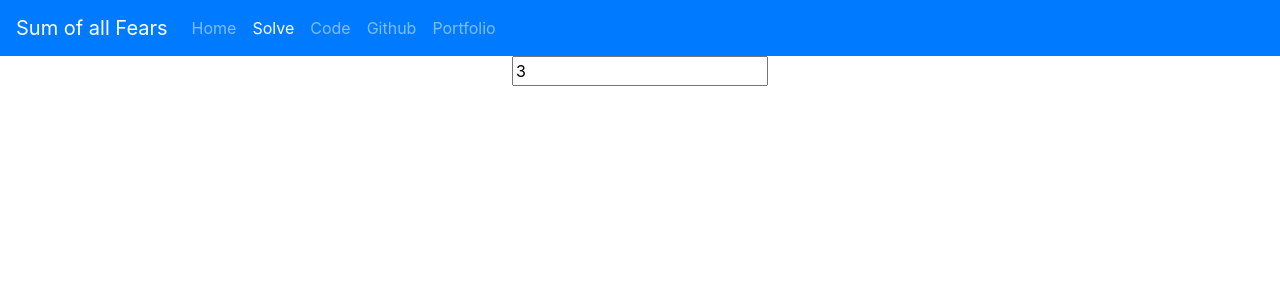
Repository: zhadjah9559/BrainBufferOverflow
Page: solve.html
These files come from the project's save history. The page is drawn as it stood at one moment and after a run of saves; the edit follows.
The browser window is 1280 px wide. The pictures show the whole page.

Above is the page before, as saved 2021-01-13 14:52:54.

### solve.html
<!doctype html>
<html lang="en">
  <head>
    <title>Title</title>
    <!-- Required meta tags -->
    <meta charset="utf-8">
    <meta name="viewport" content="width=device-width, initial-scale=1, shrink-to-fit=no">

    <!-- Bootstrap CSS -->
    <link rel="stylesheet" href="https://stackpath.bootstrapcdn.com/bootstrap/4.3.1/css/bootstrap.min.css" integrity="sha384-ggOyR0iXCbMQv3Xipma34MD+dH/1fQ784/j6cY/iJTQUOhcWr7x9JvoRxT2MZw1T" crossorigin="anonymous">
  </head>
  <body>

    <nav class="navbar navbar-expand-sm navbar-dark bg-primary">
        <a class="navbar-brand" href="#">Sum of all Fears</a>
        <button class="navbar-toggler d-lg-none" type="button" data-toggle="collapse" data-target="#collapsibleNavId" aria-controls="collapsibleNavId"
            aria-expanded="false" aria-label="Toggle navigation"></button>
        <div class="collapse navbar-collapse" id="collapsibleNavId">
            <ul class="navbar-nav mr-auto mt-2 mt-lg-0">
                <li class="nav-item">
                    <a class="nav-link" href="index.html">Home <span class="sr-only">(current)</span></a>
                </li>
                <li class="nav-item active">
                    <a class="nav-link" href="solve.html">Solve</a>
                </li>
                 <li class="nav-item">
                    <a class="nav-link" href="code.html">Code</a>
                </li> <li class="nav-item">
                    <a class="nav-link" href="#">Github</a>
                </li>
                <li class="nav-item">
                    <a class="nav-link" href="#">Portfolio</a>
                </li>
            </ul>

        </div>
    </nav>

    <div class="container">
        <!--User Array Inputs-->
        <div class="row">
            <div class="col-md text-center">
                <input type="number" id="arrayInput1" name="arrayInput1" value="3" placeholder="3...">
            </div>
        </div>


    </div>


    <!-- Optional JavaScript -->
    <!-- jQuery first, then Popper.js, then Bootstrap JS -->
    <script src="https://code.jquery.com/jquery-3.3.1.slim.min.js" integrity="sha384-q8i/X+965DzO0rT7abK41JStQIAqVgRVzpbzo5smXKp4YfRvH+8abtTE1Pi6jizo" crossorigin="anonymous"></script>
    <script src="https://cdnjs.cloudflare.com/ajax/libs/popper.js/1.14.7/umd/popper.min.js" integrity="sha384-UO2eT0CpHqdSJQ6hJty5KVphtPhzWj9WO1clHTMGa3JDZwrnQq4sF86dIHNDz0W1" crossorigin="anonymous"></script>
    <script src="https://stackpath.bootstrapcdn.com/bootstrap/4.3.1/js/bootstrap.min.js" integrity="sha384-JjSmVgyd0p3pXB1rRibZUAYoIIy6OrQ6VrjIEaFf/nJGzIxFDsf4x0xIM+B07jRM" crossorigin="anonymous"></script>
  </body>
</html>

After the next 2 saves:
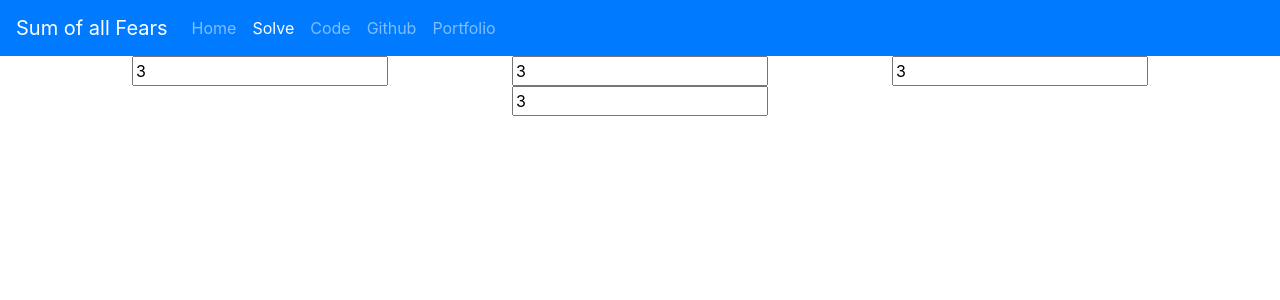
The 2 saves are shown as one change because they came seconds apart.
The last was saved 12 s later.
--- a/solve.html
+++ b/solve.html
@@ -42,6 +42,13 @@
             <div class="col-md text-center">
                 <input type="number" id="arrayInput1" name="arrayInput1" value="3" placeholder="3...">
             </div>
+            <div class="col-md text-center">
+                <input type="number" id="arrayInput1" name="arrayInput1" value="3" placeholder="3...">
+            </div><div class="col-md text-center">
+                <input type="number" id="arrayInput1" name="arrayInput1" value="3" placeholder="3...">
+            </div><div class="col-md text-center">
+                <input type="number" id="arrayInput1" name="arrayInput1" value="3" placeholder="3...">
+            </div>
         </div>
 
 
